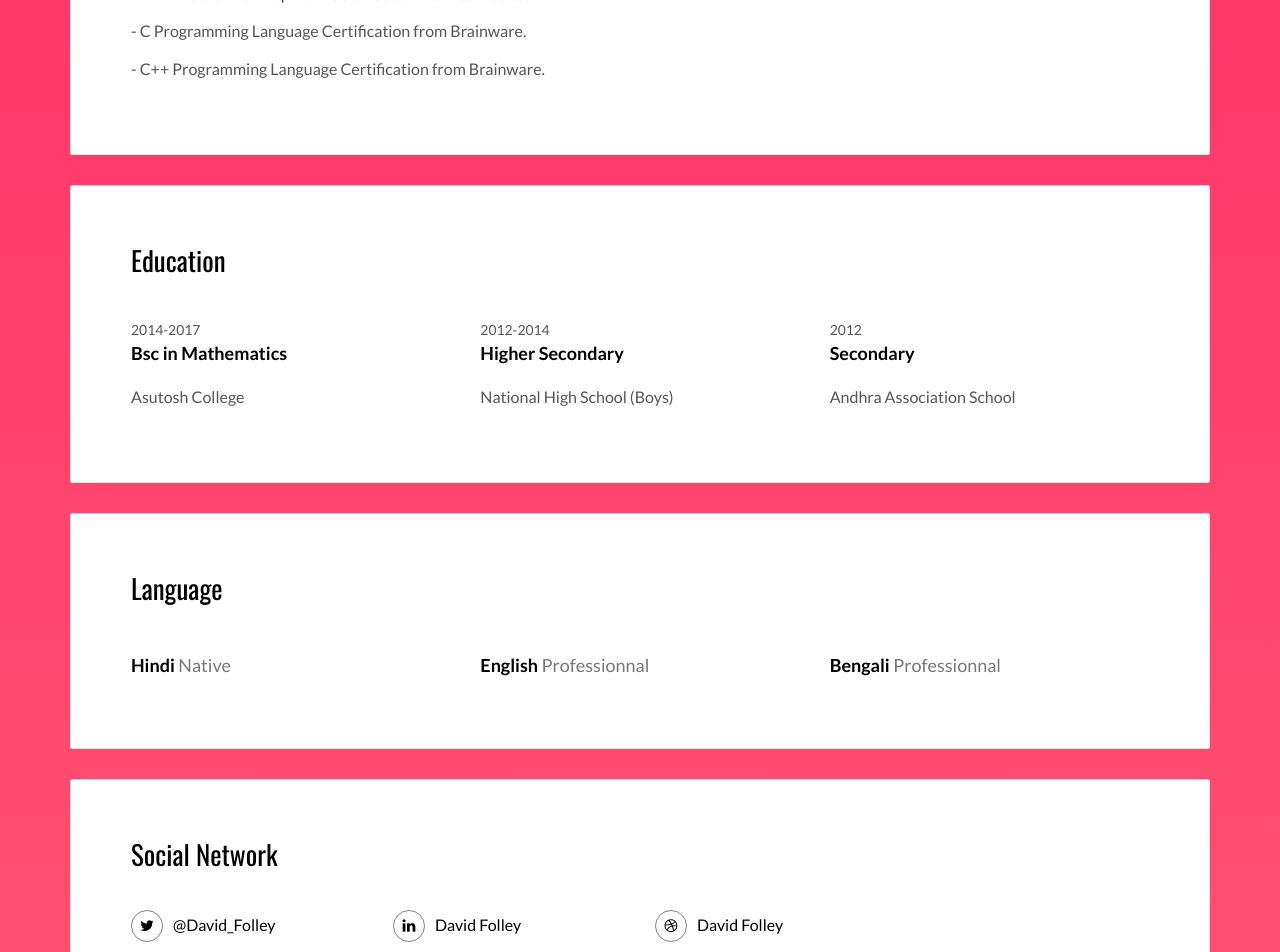
Repository: Ankit-singh7/work_with_ankit.github.io
Page: index.html
The author's editor kept a copy of each file at every save. The page is drawn from the files as they stood at one save, then again after the next save.
The browser window is 1280 px wide. The pictures show the part of the page from y = 2395 to 3347 px (the page is 4454 px tall before and 4710 px after).
A picture or video elsewhere on the page could not be fetched, so the positions and the page height are approximate.

Above is the page before, as saved 2021-03-03 19:40:09.

### index.html
<!DOCTYPE html>
<html lang="en">

<head>
  <meta charset="UTF-8">
  <meta content="IE=edge" http-equiv="X-UA-Compatible">
  <meta content="width=device-width,initial-scale=1" name="viewport">
  <meta content="description" name="description">
  <meta name="google" content="notranslate" />
  <meta content="Mashup templates have been developped by Orson.io team" name="author">

  <!-- Disable tap highlight on IE -->
  <meta name="msapplication-tap-highlight" content="no">

  <link rel="apple-touch-icon" sizes="180x180" href="./assets/apple-icon-180x180.png">
  <link href="./assets/images/img.jpg" rel="icon">

  <title>PORTFOLIO</title>

 <link href="./main.d8e0d294.css" rel="stylesheet"></head>

<body class="">

<!-- Add your content of header -->
<div class="background-color-layer" style="background-image: url('assets/images/img-01.jpg')"
></div>
<main class="content-wrapper">
  <header class="white-text-container section-container">
    <div class="text-center">
      <h1>I am Ankit Singh</h1>
      <p>Software Developer</p>
      <p>
        <a class="fa-icon fa-icon-2x" href="https://facebook.com/" title="">
          <i class="fa fa-facebook"></i>
        </a>
        <a class="fa-icon fa-icon-2x" href="https://twitter.com/" title="">
          <i class="fa fa-twitter"></i>
        </a>
        <a class="fa-icon fa-icon-2x" href="https://dribbble.com/" title="">
          <i class="fa fa-dribbble"></i>
        </a>
        <a class="fa-icon fa-icon-2x" href="https://www.linkedin.com/" title="">
          <i class="fa fa-linkedin"></i>
        </a>
        <a class="fa-icon fa-icon-2x" href="https://vimeo.com/" title="">
          <i class="fa fa-vimeo"></i>
        </a>
      </p>
    </div>
  </header>



<!-- Add your site or app content here -->

 <div class="container">
   <div class="row">
     <div class="col-xs-12">

        <div class="card">
          <div class="card-block">
            <h2>About me</h2>
            <div class="row">
              <div class="col-md-4">
                <p><img src="./assets/images/img.jpg" class="img-responsive" alt=""></p>
              </div>
              <div class="col-md-8">

              <p>Software Developer with 2+ years of experience in web development and hybrid mobile application development using Angular, Ionic and React Native.</p>
              <p>A technology enthusiast with a keen
                interest in problem solving with years of
                experience in Frontend Development and
                Hybrid Mobile App Development.</p>

              </div>
            </div>
          </div>
        </div>

        <!-- <div class="card">
          <div class="card-block">
            <h2>Projects</h2>
            <div class="row">
              <div class="col-md-4">
                <img src="./assets/images/img-02.jpg" class="img-responsive" alt="">
                <h3 class="h5">Amelia App</h3>
                <p>June 2017</p>
              </div>
              <div class="col-md-4">
                <img src="./assets/images/img-03.jpg" class="img-responsive" alt="">
                <h3 class="h5">Portland</h3>
                <p>March 2017</p>
              </div>
              <div class="col-md-4">
                <img src="./assets/images/img-04.jpg" class="img-responsive" alt="">
                <h3 class="h5">Denz for Nilon</h3>
                <p>Jan 2017</p>
              </div>
            </div>
          </div>
        </div> -->

        <div class="card">
          <div class="card-block">
            <h2>Projects</h2>
            <div id="carousel-example-generic" class="carousel slide" data-ride="carousel">


            <!-- Wrapper for slides -->
            <div class="carousel-inner" role="listbox">
              <div class="item active">
                <img src="./assets/images/ref.png" class="img-responsive" alt="...">
                <div class="carousel-caption">
                  <h3 class="h5">REF App (Made with Ionic)</h3>
                  <h4>Employer - Techpro Studio</h4>
                  <p>11/2020 - 03/2021</p>
                </div>
              </div>
              <div class="item">
                <img src="./assets/images/engage.png" class="img-responsive" alt="...">
                <div class="carousel-caption">
                  <h3 class="h5">Engage Local (Made with Ionic)</h3>
                  <h4>Employer - Techpro Studio</h4>
                  <p>12/2019 - 05/2020</p>
                </div>
              </div>

              <div class="item">
                <img src="./assets/images/Drag.png" class="img-responsive" alt="...">
                <div class="carousel-caption">
                  <h3 class="h5">Drag & Drop Website Builder (Made with grapesjs)</h3>
                  <h4>Employer - Techpro Studio</h4>
                  <p>06/2020 - 03/2021</p>
                </div>
              </div>
              <div class="item">
                <img src="./assets/images/caters.png" class="img-responsive" alt="...">
                <div class="carousel-caption">
                  <h3 class="h5">Caters App (Made with Ionic)</h3>
                  <h4>Employer - Techpro Studio</h4>
                  <p>08/2020 - 01/2021</p>
                </div>
              </div>
            </div>

            <!-- Indicators -->
            <ol class="carousel-indicators">
              <li data-target="#carousel-example-generic" data-slide-to="0" class="active"></li>
              <li data-target="#carousel-example-generic" data-slide-to="1"></li>
              <li data-target="#carousel-example-generic" data-slide-to="2"></li>
              <li data-target="#carousel-example-generic" data-slide-to="3"></li>
            </ol>

          </div>
          </div>
        </div>

        <div class="card">
          <div class="card-block">
            <h2>Work</h2>
            <div class="work-experience">
              <small class="date">03/2019-Present</small>
              <h3 class="h5 date-title">Software developer - <a href="http://en.orson.io" title="Create professionnal website">Techpro Studio</a></h3>


              <p>- Created and apply UI requirements utilizing Angular Framework, Ionic and React Native to create various web applications and hybrid mobile applications.</p>
              <p>- Maintaining and upgrading existing web applications.</p>
              <p>- Worked closely with clients to meet project requirements.</p>
            </div>


          </div>
        </div>
        <div class="card">
          <div class="card-block">
            <h2>Certificates</h2>
            <div class="work-experience">
              <p>- MEAN Stack Development Certification from edwisor.com.</p>
              <p>- C Programming Language Certification from Brainware.</p>
              <p>- C++ Programming Language Certification from Brainware.</p>
            </div>


          </div>
        </div>


        <div class="card">
          <div class="card-block">
            <h2>Education</h2>
            <div class="row">
              <div class="col-md-4">
                <div class="education-experience">
                  <small class="date">2014-2017</small>
                  <h3 class="h5 date-title">Bsc in Mathematics</h3>
                  <p>Asutosh College</p>
                </div>

              </div>
              <div class="col-md-4">
                <div class="education-experience">
                  <small class="date">2012-2014</small>
                  <h3 class="h5 date-title">Higher Secondary</h3>
                  <p>National High School (Boys)</p>
                </div>
              </div>
              <div class="col-md-4">
                <div class="education-experience">
                  <small class="date">2012</small>
                  <h3 class="h5 date-title">Secondary</h3>
                  <p>Andhra Association School</p>
                </div>
              </div>
            </div>
          </div>
        </div>

        <div class="card">
          <div class="card-block">
            <h2>Language</h2>
            <div class="row">
              <div class="col-md-4">
                <div class="language-experience">
                  <h3 class="h5">Hindi  <small>Native</small></h3>
                </div>
              </div>
              <div class="col-md-4">
                <div class="language-experience">
                  <h3 class="h5">English  <small>Professionnal</small></h3>
                </div>
              </div>
              <div class="col-md-4">
                <div class="language-experience">
                  <h3 class="h5">Bengali  <small>Professionnal</small></h3>
                </div>
              </div>
            </div>
          </div>
        </div>



        <div class="card">
          <div class="card-block">
            <h2>Social Network</h2>
            <div class="row">
              <div class="col-md-3">
                <p class="social-buttons"><a href="https://twitter.com/" title=""><span class="social-round-icon fa-icon"><i class="fa fa-twitter"></i></span>@David_Folley</a></p>
              </div>
              <div class="col-md-3">
                <p class="social-buttons"><a href="https://www.linkedin.com/" title=""><span class="social-round-icon fa-icon"><i class="fa fa-linkedin"></i></span>David Folley</a></p>
              </div>
              <div class="col-md-3">
                <p class="social-buttons"><a href="https://dribbble.com/" title=""><span class="social-round-icon fa-icon"><i class="fa fa-dribbble"></i></span>David Folley</a></p>
              </div>
            </div>
          </div>
        </div>

        <div class="card">
          <div class="card-block">
            <h2>Contact</h2>
            <form action="" class="reveal-content">
              <div class="form-group">
                <input type="email" class="form-control" id="email" placeholder="Email">
              </div>
              <div class="form-group">
                <input type="text" class="form-control" id="subject" placeholder="Subject">
              </div>
              <div class="form-group">
                <textarea class="form-control" rows="5" placeholder="Enter your message"></textarea>
              </div>
              <div class="form-group">
                <button type="submit" class=" btn btn-primary">Send message</button>
              </div>
            </form>
          </div>
        </div>

     </div>
   </div>
 </div>

</main>
<footer class="footer-container white-text-container text-center">
  <div class="container">
    <div class="row">
      <div class="col-xs-12">
        <p><img src="./assets/images/mashup-icon.svg" alt=""></p>

        <p>©All right reserved. Design <a href="http://www.mashup-template.com/" title="Create website with free html template">Mashup Template</a>/<a href="https://unsplash.com/" title="Beautiful Free Images">Unsplash</a></p>
        <p>
          <a class="fa-icon fa-icon-2x" href="https://facebook.com/" title="">
            <i class="fa fa-facebook"></i>
          </a>
          <a class="fa-icon fa-icon-2x" href="https://twitter.com/" title="">
            <i class="fa fa-twitter"></i>
          </a>
          <a class="fa-icon fa-icon-2x" href="https://dribbble.com/" title="">
            <i class="fa fa-dribbble"></i>
          </a>
          <a class="fa-icon fa-icon-2x" href="https://www.linkedin.com/" title="">
            <i class="fa fa-linkedin"></i>
          </a>
          <a class="fa-icon fa-icon-2x" href="https://vimeo.com/" title="">
            <i class="fa fa-vimeo"></i>
          </a>
        </p>
      </div>
    </div>
  </div>
</footer>

<script>
  document.addEventListener("DOMContentLoaded", function (event) {
     scrollRevelation('.card');
  });
</script>
<!-- Google Analytics: change UA-XXXXX-X to be your site's ID

<script>
  (function (i, s, o, g, r, a, m) {
    i['GoogleAnalyticsObject'] = r; i[r] = i[r] || function () {
      (i[r].q = i[r].q || []).push(arguments)
    }, i[r].l = 1 * new Date(); a = s.createElement(o),
      m = s.getElementsByTagName(o)[0]; a.async = 1; a.src = g; m.parentNode.insertBefore(a, m)
  })(window, document, 'script', '//www.google-analytics.com/analytics.js', 'ga');
  ga('create', 'UA-XXXXX-X', 'auto');
  ga('send', 'pageview');
</script>

--><script type="text/javascript" src="./main.bc58148c.js"></script></body>

</html>

Loaded but not shown: main.d8e0d294.css (library); main.bc58148c.js (library)

After the next save:
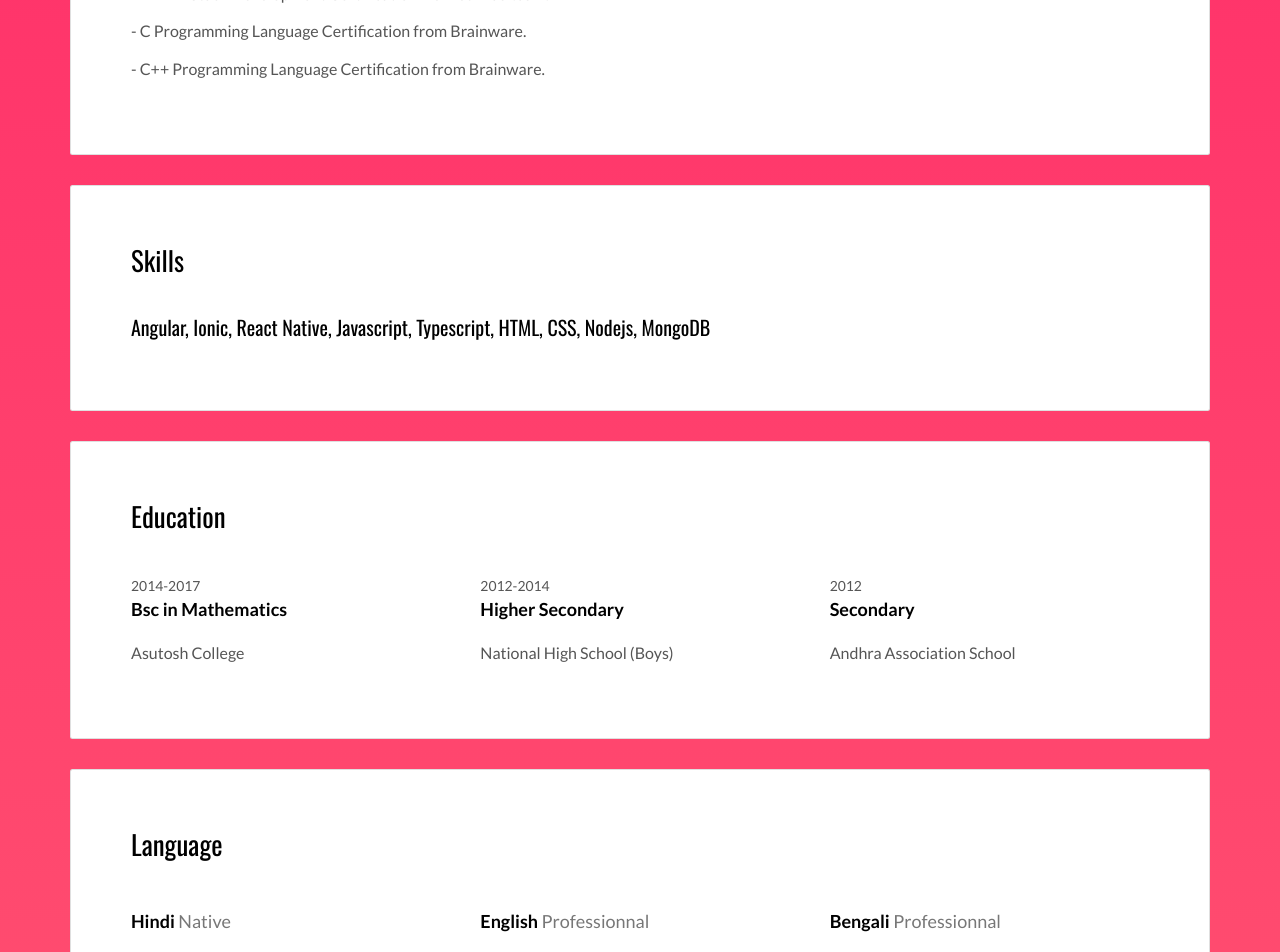
Saved 2 min 28 s later.
--- a/index.html
+++ b/index.html
@@ -184,6 +184,17 @@
           </div>
         </div>
 
+        <div class="card">
+          <div class="card-block">
+            <h2>Skills</h2>
+            <div class="work-experience">
+              <h3>Angular, Ionic, React Native, Javascript, Typescript, HTML, CSS, Nodejs, MongoDB</h3>
+            </div>
+
+
+          </div>
+        </div>
+
 
         <div class="card">
           <div class="card-block">
